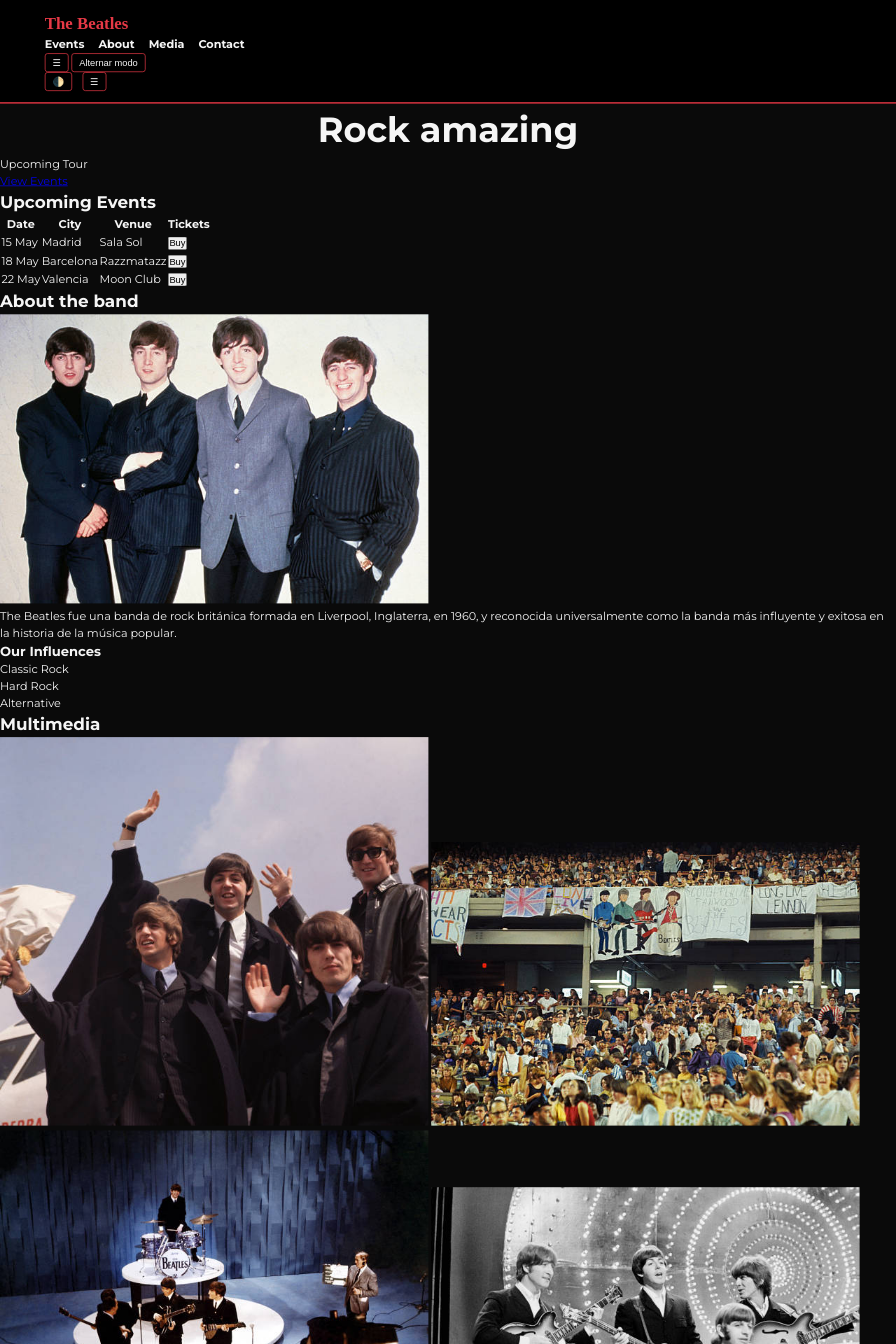
Repository: keiner-dev/Prueba_Desempe-o
Page: index.html
The author's editor kept a copy of each file at every save. The page is drawn from the files as they stood at one save, then again after a run of saves.
The browser window is 1280 px wide. The pictures show the part of the page from y = 0 to 1920 px (the page is 2622 px tall before and 2628 px after), at 70% of full size.
Some web fonts or font styles are not loaded; a fallback is used.

Above is the page before, as saved 2026-04-27 14:20:59.

### index.html
<!DOCTYPE html>
<html lang="en">
<head>
    <meta charset="UTF-8">
    <meta name="viewport" content="width=device-width, initial-scale=1.0">
    <title>The Beatles</title>
    <link href="https://fonts.googleapis.com/css2?family=Montserrat:wght@400;700;900&family=Rock+Salt&display=swap" rel="stylesheet">
    <link rel="stylesheet" href="styles.css">
    <script src="script.js"></script>
</head>
<body>
    <header class="header">
        <div class="container_header__inner">
            <div class="logo">
                <span class="logo">The Beatles</span>
        </div>
            </div>

            <nav class="nav">
            <nav class="nav" id="main-nav">
                <ul class="nav_list">
                    <li><a href="#events">Events</a></li>
                    <li><a href="#about">About</a></li>
                    <li><a href="#media">Media</a></li>
                    <li><a href="#contact">Contact</a></li>
                </ul>
            </nav>

            <button class="menu-toggle">☰</button>
            <button class="alternarModo">Alternar modo</button>
            <div class="header_actions">
                <button class="alternarModo" aria-label="Toggle Theme">🌓</button>
                <button class="menu-toggle" id="mobile-menu-btn">☰</button>
            </div>
        </div>
    </header>

    <main>
        <!--hero-->
        <section class="hero">
        <section class="hero reveal">
            <div class="hero_overlay">
                <h2>Rock amazing</h2>
                <p>Upcoming Tour</p>
                <a href="#events" class="btn">View Events</a>
            </div>
        </section>

        <section id="events" class="events_container">
        <section id="events" class="events_container reveal">
            <h2>Upcoming Events</h2>

            <table class="events__table">
                <thead>
                    <tr>
                        <th>Date</th>
                        <th>City</th>
                        <th>Venue</th>
                        <th>Tickets</th>
                    </tr>
                </thead>
                <tbody>
                    <tr>
                        <td>15 May</td>
                        <td>Madrid</td>
                        <td>Sala Sol</td>
                        <td><button>Buy</button></td>
                    </tr>
                    <tr>
                        <td>18 May</td>
                        <td>Barcelona</td>
                        <td>Razzmatazz</td>
                        <td><button>Buy</button></td>
                    </tr>
                    <tr>
                        <td>22 May</td>
                        <td>Valencia</td>
                        <td>Moon Club</td>
                        <td><button>Buy</button></td>
                    </tr>
                </tbody>
            </table>
        </section>

        <!--About-->
        <section id="about" class="about_container">
        <section id="about" class="about_container reveal">
            <h2>About the band</h2>

            <div class="about_content">
                <img src="./assets/img/beatles.jpg" alt="the beatles">

                <article>
                    <p>
                        The Beatles fue una banda de rock británica formada en Liverpool, Inglaterra, en 1960, y reconocida universalmente como la banda más influyente y exitosa en la historia de la música popular.
                    </p>

                    <h3>Our Influences</h3>
                    <ul>
                        <li>Classic Rock</li>
                        <li>Hard Rock</li>
                        <li>Alternative</li>
                    </ul>
                </article>
            </div>
        </section>

        <!--Media-->
        <section id="media" class="media_container">
        <section id="media" class="media_container reveal">
            <h2>Multimedia</h2>

            <div class="media_grid">
                <img src="./assets/img/img-1.jpg" alt="">
                <img src="./assets/img/img-2.jpg" alt="">
                <img src="./assets/img/img-3.jpg" alt="">
                <img src="./assets/img/img-4.jpg" alt="">
                <img src="./assets/img/img-5.jpg" alt="">
                <img src="./assets/img/img-6.jpg" alt="">
            </div>
        </section>
    </main>

    <!--Footer-->
    <footer id="contact" class="footer">
        <div class="container_footer">
            <p>© <span id="year"></span> The Beatles</p>

            <ul class="social">
                <li><a href="#">Instagram</a></li>
                <li><a href="#">Youtube</a></li>
                <li><a href="#">Spotify</a></li>
            </ul>
        </div>
    </footer>
    <script src="script.js"></script>
</body>
</html>

### styles.css
/* General Variables */
:root {
    --primary-color: #e63946;
    --bg-dark: #0a0a0a;
    --bg-light: #1a1a1a;
    --text-light: #f5f5f5;
    --accent-color: #e20303;
}

* {
    margin: 0;
    padding: 0;
    box-sizing: border-box;
}

body {
    font-family: 'Montserrat', sans-serif;
    background-color: var(--bg-dark);
    color: var(--text-light);
    line-height: 1.5;
    overflow-x: hidden;
    transition: var(--transition);
}

/* Header & Nav */
.header {
    background-color: #000;
    padding: 1rem 5%;
    position: sticky;
    top: 0;
    z-index: 1000;
    border-bottom: 2px solid var(--primary-color);
}

.container_header__inner {
    display: flex;
    justify-content: space-between;
    align-items: center;
}

.logo {
    font-family: 'Rock Salt', cursive;
    font-size: 1.5rem;
    font-weight: bold;
    color: var(--primary-color);
}

.header_actions {
    display: flex;
    gap: 15px;
    align-items: center;
}

.alternarModo, .menu-toggle {
    background: none;
    border: 1px solid var(--primary-color);
    color: var(--text-light);
    padding: 5px 10px;
    cursor: pointer;
    border-radius: 4px;
}

.nav_list {
    display: flex;
    list-style: none;
    gap: 20px;
}

.nav_list a {
    text-decoration: none;
    color: var(--text-light);
    font-weight: 600;
    transition: var(--transition);
}

.nav_list a:hover {
    color: var(--accent-color);
}

.hero_overlay h2{
    font-size: 50px;
    font-weight: 30px;
    text-align: center;
}

### script.js
document.addEventListener('DOMContentLoaded', () => {
    // 1. Dynamic Year
    const yearSpan = document.getElementById('year');
    if (yearSpan) yearSpan.textContent = new Date().getFullYear();

    // 2. Mobile Menu Toggle
    const menuBtn = document.getElementById('mobile-menu-btn');
    const nav = document.getElementById('main-nav');

    menuBtn.addEventListener('click', () => {
        nav.classList.toggle('active');
        menuBtn.textContent = nav.classList.contains('active') ? '✕' : '☰';
    });

    // 3. Dark/Light Mode Toggle
    const modeBtn = document.querySelector('.alternarModo');
    modeBtn.addEventListener('click', () => {
        document.body.classList.toggle('light-mode');
    });

    // 4. Scroll Reveal Animation
    const reveals = document.querySelectorAll('.reveal');
    const revealOnScroll = () => {
        reveals.forEach(el => {
            const windowHeight = window.innerHeight;
            const elementTop = el.getBoundingClientRect().top;
            const elementVisible = 150;
            if (elementTop < windowHeight - elementVisible) {
                el.classList.add('active');
            }
        });
    };
    window.addEventListener('scroll', revealOnScroll);
    revealOnScroll(); // Initial check

    // 5. Buy buttons interaction
    const buyButtons = document.querySelectorAll('.events__table button');
    buyButtons.forEach(btn => btn.addEventListener('click', () => alert('Redirecting to ticket office...')));
});

After the next 3 saves:
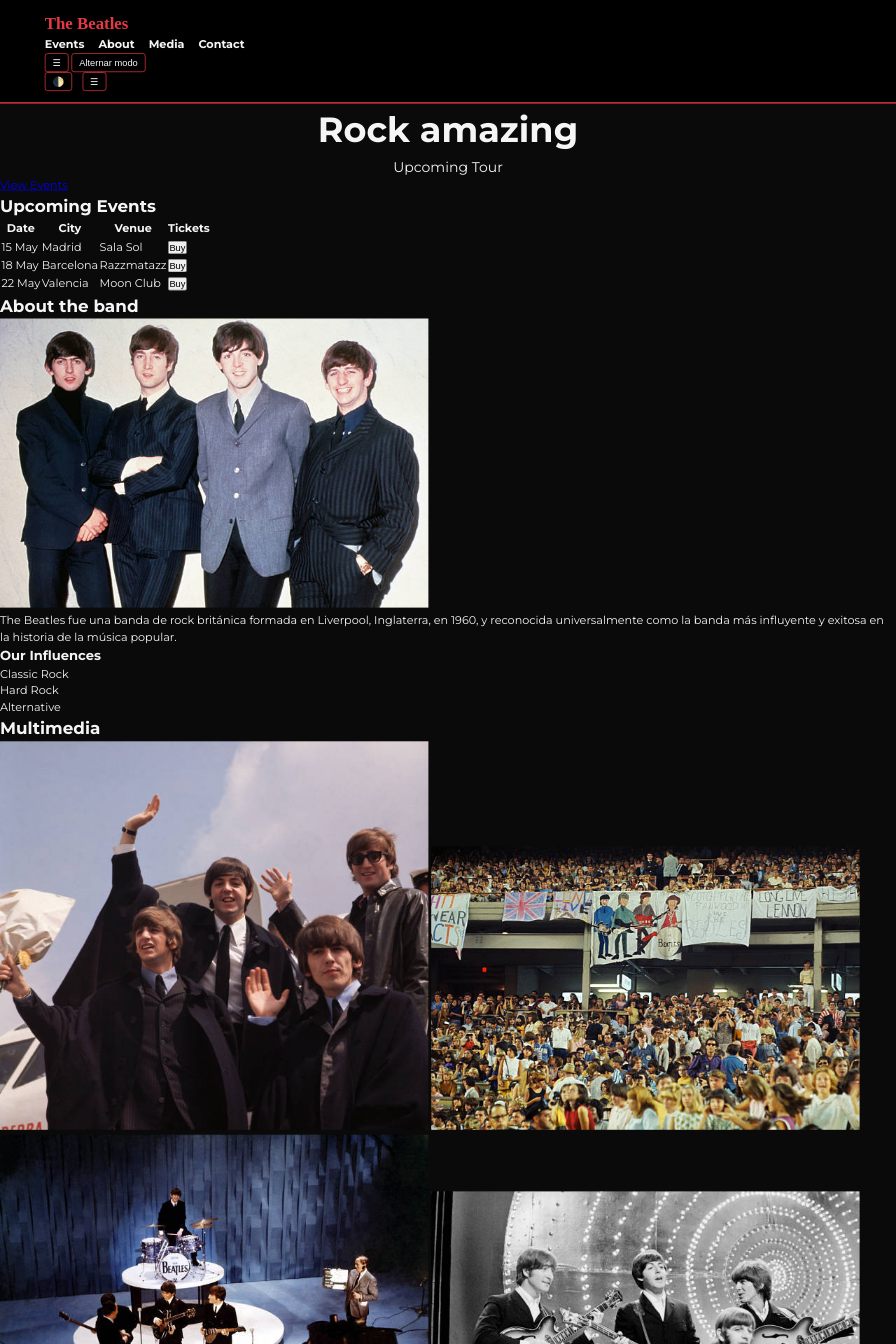
The 3 saves are shown as one change because they came seconds apart.
The last was saved 17 s later.
--- a/styles.css
+++ b/styles.css
@@ -82,3 +82,8 @@
     font-weight: 30px;
     text-align: center;
 }
+
+.hero_overlay p {
+    font-size: 20px;
+    text-align: center;
+}
